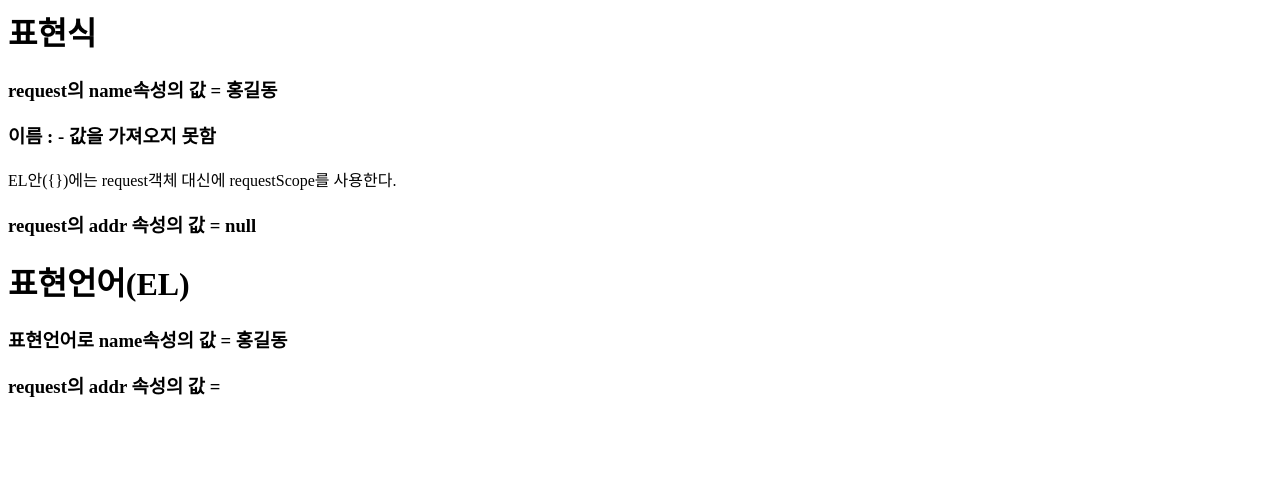
Repository: HongMW/study
Page: http://localhost/jsp01_basic/jsp09_el/jsp01_use_el.jsp
These files come from the project's save history. The page is drawn as it stood at one moment and after the next save; the edit follows.
The browser window is 1280 px wide. The pictures show the whole page.
The page is served by Tomcat 9. The template is opened directly, without the code that normally fills it, so the values that code supplies are empty.

Above is the page before, as saved 2022-12-13 06:31:22.

After the next save:
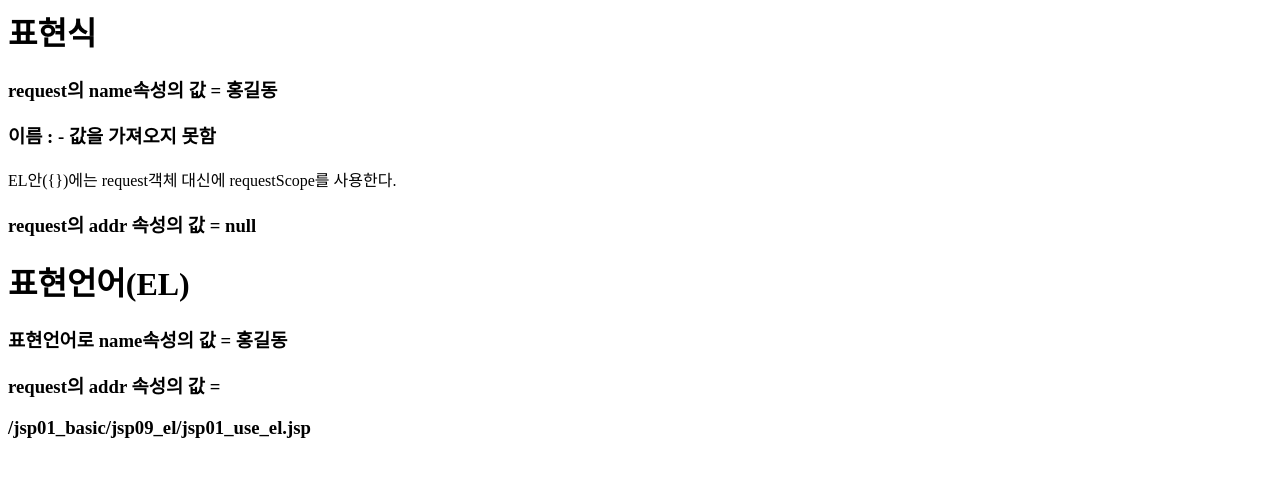
Saved 2 min 30 s later.
--- a/04.jsp/jsp01_basic/WebContent/jsp09_el/jsp01_use_el.jsp
+++ b/04.jsp/jsp01_basic/WebContent/jsp09_el/jsp01_use_el.jsp
@@ -17,3 +17,4 @@
 <h1>표현언어(EL)</h1>
 <h3>표현언어로 name속성의 값 = ${ requestScope.name }</h3>
 <h3>request의 addr 속성의 값 = ${ param.addr } </h3>
+<h3>${ pageContext.request.requestURI }</h3>
